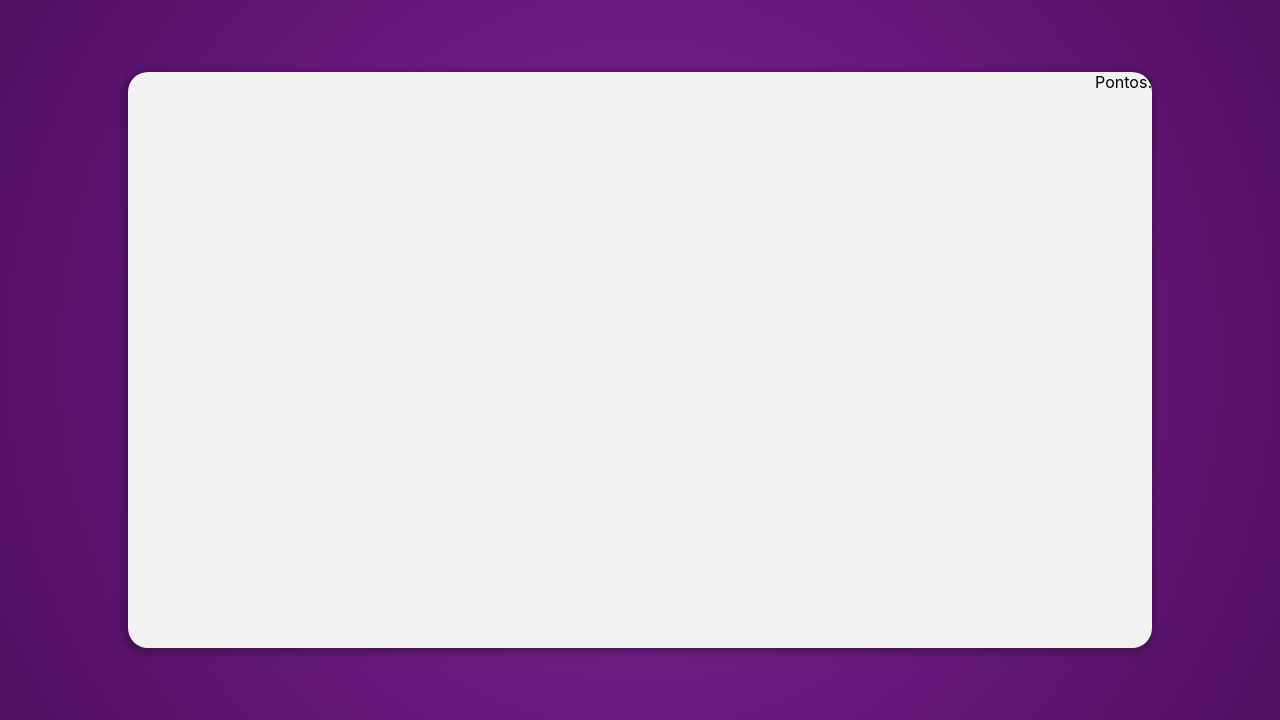
Repository: gabrielejandres/bd-final-project
Page: /play (app in frontend/)
An editor plug-in stored every save of this project. The page is shown before and after the next save, followed by the edit.
The browser window is 1280 px wide. The pictures show the whole page.
The project was rebuilt for these pictures with package versions that can differ from the ones it lists, and the page was loaded fresh each time. Also part of the build but not shown: frontend/src/App.css, frontend/src/components/Button/index.jsx, frontend/src/components/Logo/style.css, frontend/src/components/Logo/index.jsx, frontend/src/components/Footer/Login/index.jsx, frontend/src/pages/Login/index.jsx, frontend/src/components/Footer/Home/style.css, frontend/src/components/Footer/Home/index.jsx and 1 more.

Above is the page before, as saved 2022-03-05 21:26:14.

After the next save:
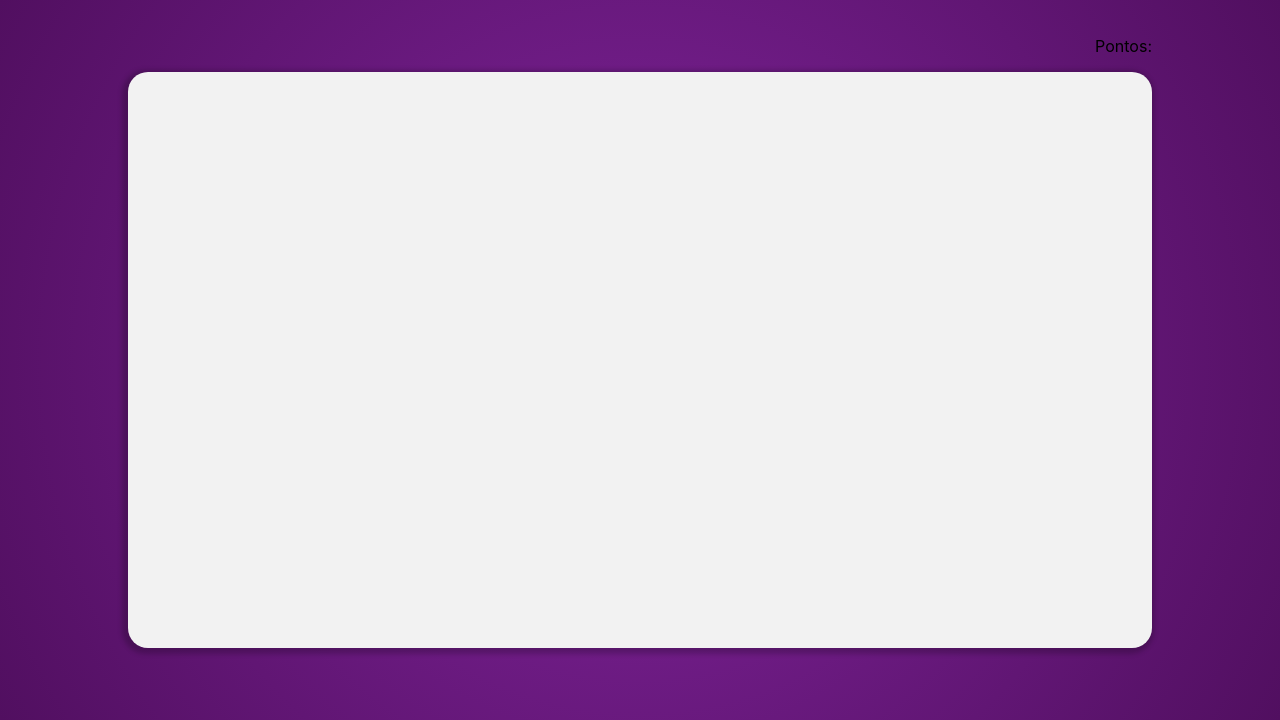
Saved 8 s later.
--- a/frontend/src/pages/Play/style.css
+++ b/frontend/src/pages/Play/style.css
@@ -13,5 +13,5 @@
 .score{
   position: absolute;
   right: 10vw;
-  top: 10vh;
+  top: 5vh;
 }
